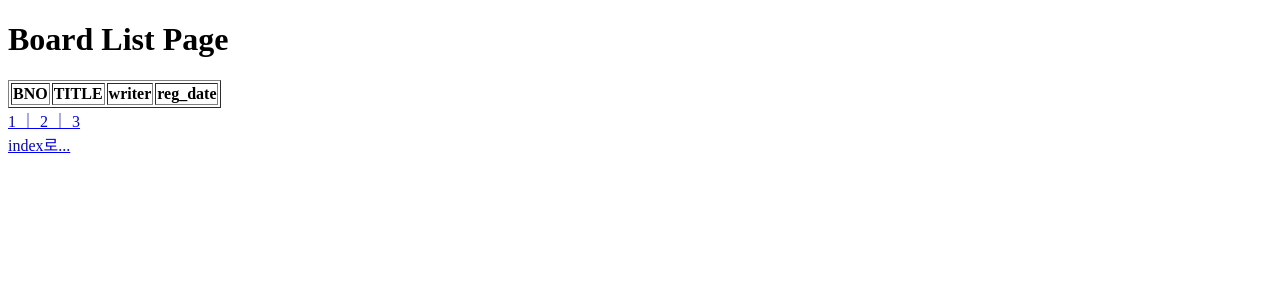
Repository: dhalfks/java2022_09_03
Page: http://localhost/board/brd/list
An editor plug-in stored every save of this project. The page is shown before and after the next save, followed by the edit.
The browser window is 1280 px wide. The pictures show the whole page.
The page is served by Tomcat 9. Queries for data that is not in the repository find no rows.

Above is the page before, as saved 2022-11-28 04:27:04.

After the next save:
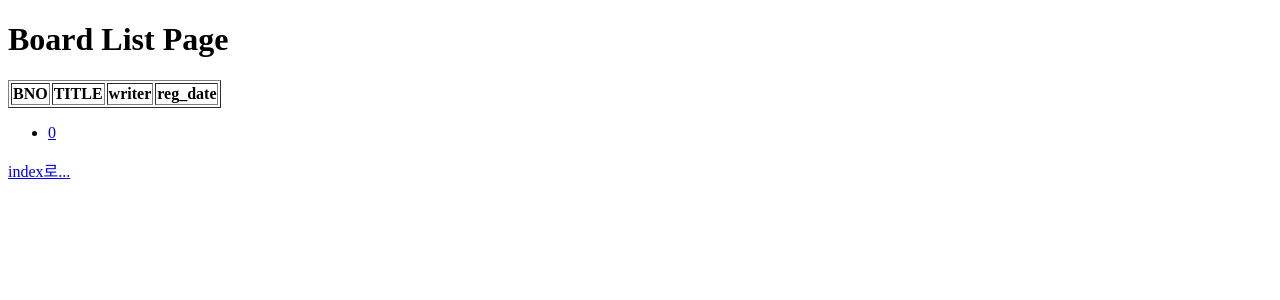
Saved 2 min 48 s later.
--- a/JSP_Board_oracle 버전/board/src/main/webapp/board/list.jsp
+++ b/JSP_Board_oracle 버전/board/src/main/webapp/board/list.jsp
@@ -26,11 +26,24 @@
 	</c:forEach>
 
 </table>
-<div id="page_control">
-<a href ="/brd/listPage?pageNum=1"> 1 ｜ </a>
-<a href ="/brd/listPage?pageNum=2"> 2 ｜ </a>
-<a href ="/brd/listPage?pageNum=3"> 3 </a>
-</div>
+<ul class="pagination justify-content-center">
+	<c:if test="${pgn.prev }">
+    <li class="page-item">
+      <a href="/board/list?pageNo=${pgn.startPage - 1 }&qty=${pgn.pgvo.qty}" class="page-link">Prev</a>
+    </li>
+    </c:if>
+    <c:forEach begin="${pgn.startPage }" end="${pgn.endPage }" var="i">
+    <li class="page-item ${pgn.pgvo.pageNo == i ? 'active':''}"
+     aria-current="page">
+      <a class="page-link" href="/board/list?pageNo=${i }&qty=${pgn.pgvo.qty}">${i }</a>
+    </li>
+    </c:forEach>
+    <c:if test="${pgn.next }">
+    <li class="page-item">
+      <a class="page-link" href="/board/list?pageNo=${pgn.endPage + 1 }&qty=${pgn.pgvo.qty}">Next</a>
+    </li>
+    </c:if>
+  </ul>
 <a href="/index.jsp">index로...</a>
 </body>
 </html>
